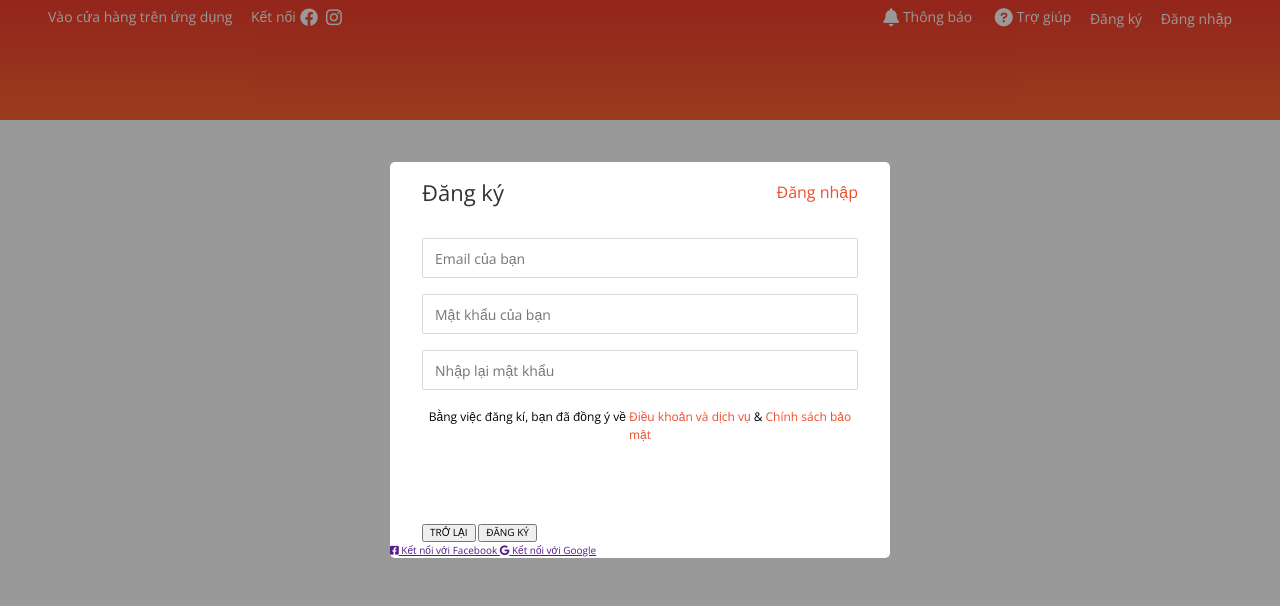
Repository: trongtamdev/Clone-Shopee-Page
Page: index.html
An editor plug-in stored every save of this project. The page is shown before and after the next save, followed by the edit.
The browser window is 1280 px wide. The pictures show the whole page.

Above is the page before, as saved 2022-07-08 21:41:01.

After the next save:
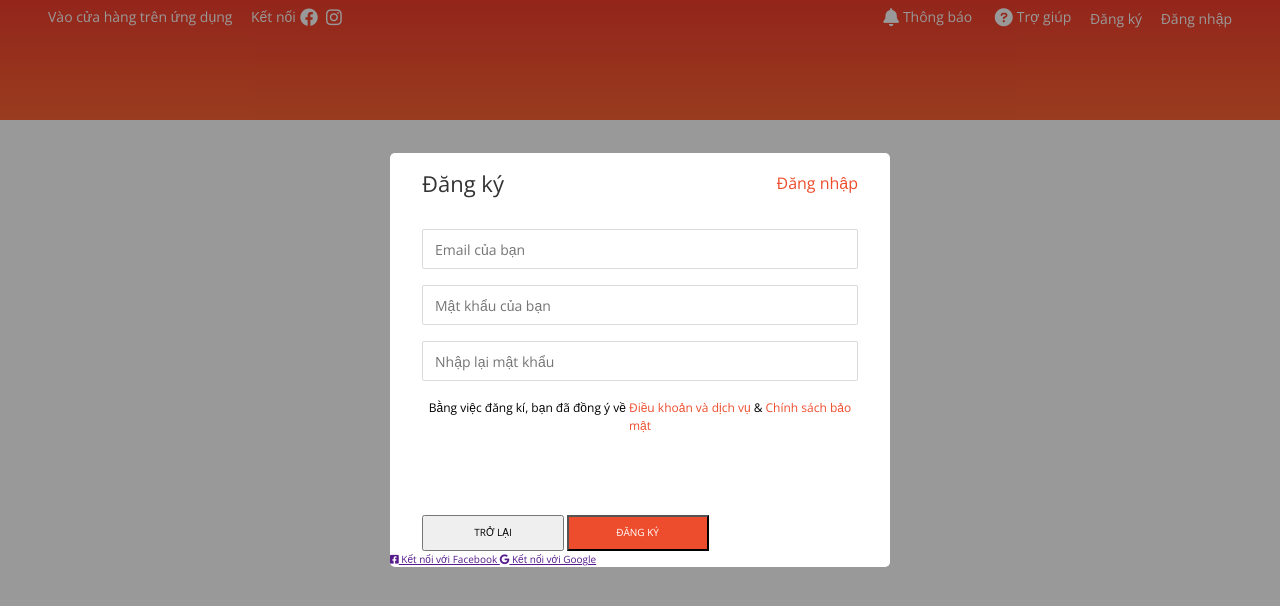
Saved 2 min 46 s later.
--- a/assets/css/base.css
+++ b/assets/css/base.css
@@ -67,3 +67,14 @@ html {
     z-index: 1;
     border-radius: 5px;
 }
+
+/* Button Style */
+.btn {
+    min-width: 142px;
+    height: 36px;
+}
+
+.btn.btn--primary {
+    color: var(--white-color);
+    background-color: var(--primary-color);
+}
